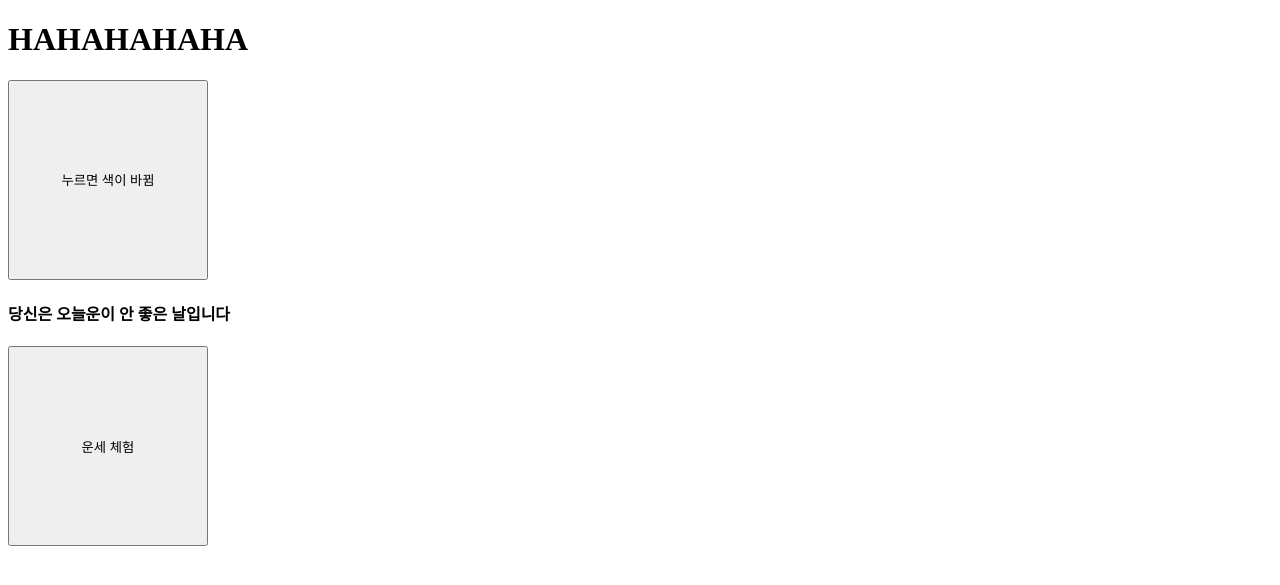
Repository: jun01270/F-E-practice
Page: index.html
The author's editor kept a copy of each file at every save. The page is drawn from the files as they stood at one save, then again after the next save.
The browser window is 1280 px wide. The pictures show the whole page.
After loading, the first visible `button.lucky` was clicked once.

Above is the page before, as saved 2022-12-12 21:59:25.

After the next save:
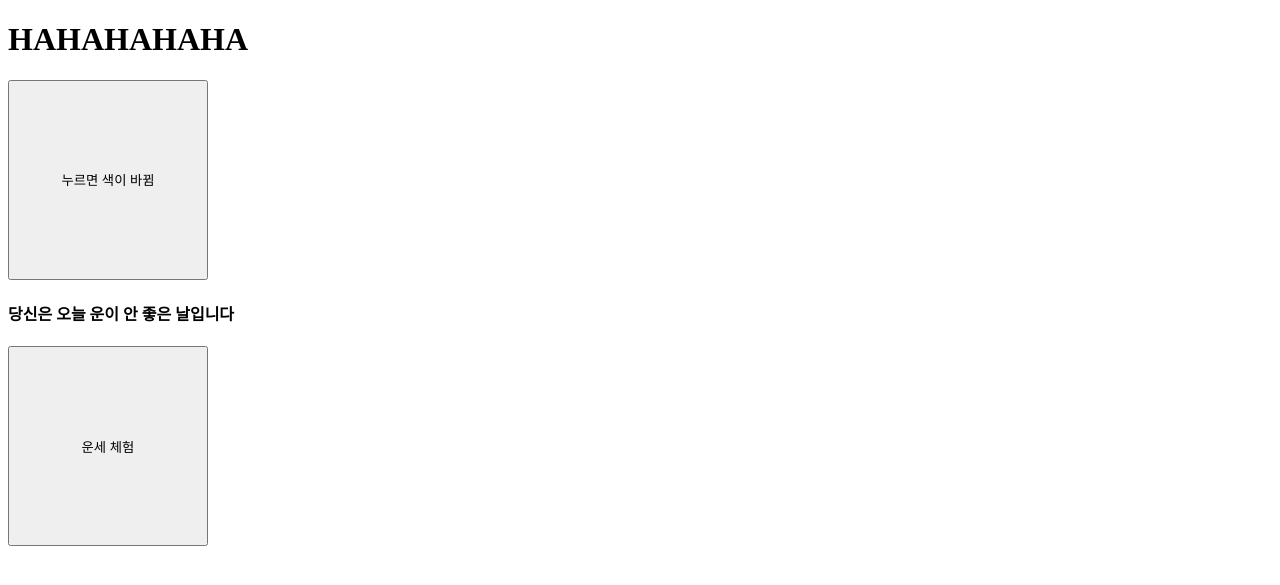
Saved 58 s later.
--- a/app.js
+++ b/app.js
@@ -34,7 +34,7 @@ function afterClick() {
 }
 
 function asd() {
-  lucktext.innerText = "당신은 오늘" + dayluck;
+  lucktext.innerText = "당신은 오늘 " + dayluck;
 }
 
 title.addEventListener("click", afterClick);
